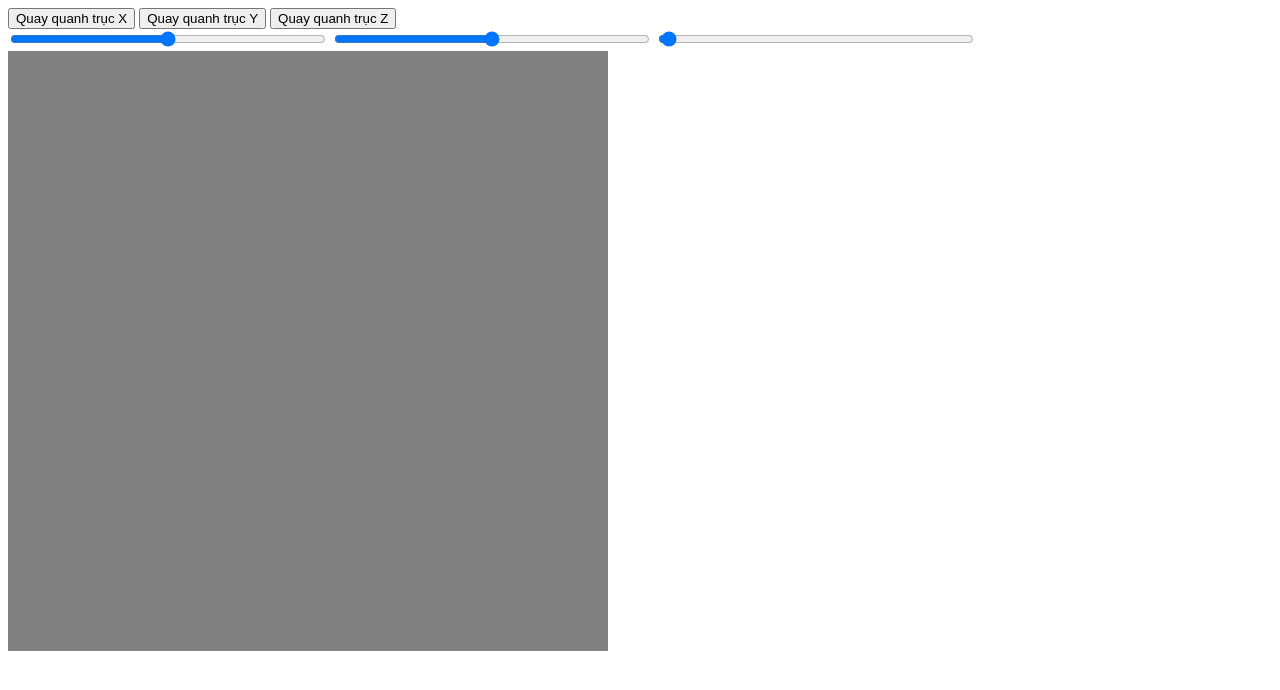
Repository: JoinGame-A36664/Build-House-WebGL
Page: index.html
An editor plug-in stored every save of this project. The page is shown before and after the next save, followed by the edit.
The browser window is 1280 px wide. The pictures show the whole page.

Above is the page before, as saved 2021-10-24 22:50:34.

### index.html
<!DOCTYPE html>
<html>
	<head>
		<meta http-equiv="Content-Type" content="text/html;charset=utf-8" />

		<script id="vertex-shader" type="x-shader/x-vertex">
			#version 300 es

			in vec2 vPosition;

			void main()
			{
			    gl_Position = vec4(vPosition, 0.0, 1.0);
			}
		</script>

		<script id="fragment-shader" type="x-shader/x-fragment">
			#version 300 es
			precision mediump float;

			out vec4 fColor;

			void main()
			{
			    fColor = vec4(1.0, 0.0, 0.0, 1.0);   // Red, Green, Blue
			}
		</script>
	</head>

	<body>
		<button id="angle_x">Quay quanh trục X</button>
		<button id="angle_y">Quay quanh trục Y</button>
		<button id="angle_z">Quay quanh trục Z</button>
		<div>
			<input
				id="angle_x"
				type="range"
				min="0"
				max="2"
				step="0.1"
				value="1.0"
				style="width: 25%"
			/>
			<input
				id="angle_y"
				type="range"
				min="0"
				max="2"
				step="0.1"
				value="1.0"
				style="width: 25%"
			/>
			<input
				id="angle_z"
				type="range"
				min="0"
				max="100"
				step="0.1"
				value="1.0"
				style="width: 25%"
			/>
		</div>

		<canvas id="gl-canvas" width="600" height="600">
			Oops ... your browser doesn't support the HTML5 canvas element
		</canvas>

		<script type="text/javascript" src="Common/initShaders.js"></script>
		<script type="text/javascript" src="Common/MVnew.js"></script>
		<script type="text/javascript" src="Bietthu1.js"></script>
	</body>
</html>

### Common/initShaders.js
                                             //
//  initShaders.js
//

function initShaders( gl, vertexShaderId, fragmentShaderId )
{
    var vertShdr;
    var fragShdr;

    var vertElem = document.getElementById( vertexShaderId );
    if ( !vertElem ) {
        alert( "Unable to load vertex shader " + vertexShaderId );
        return -1;
    }
    else {
        vertShdr = gl.createShader( gl.VERTEX_SHADER );
        gl.shaderSource( vertShdr, vertElem.textContent.replace(/^\s+|\s+$/g, '' ));
        gl.compileShader( vertShdr );
        if ( !gl.getShaderParameter(vertShdr, gl.COMPILE_STATUS) ) {
            var msg = "Vertex shader failed to compile.  The error log is:"
        	+ "<pre>" + gl.getShaderInfoLog( vertShdr ) + "</pre>";
            alert( msg );
            return -1;
        }
    }

    var fragElem = document.getElementById( fragmentShaderId );
    if ( !fragElem ) {
        alert( "Unable to load vertex shader " + fragmentShaderId );
        return -1;
    }
    else {
        fragShdr = gl.createShader( gl.FRAGMENT_SHADER );
        gl.shaderSource( fragShdr, fragElem.textContent.replace(/^\s+|\s+$/g, '' ) );
        gl.compileShader( fragShdr );
        if ( !gl.getShaderParameter(fragShdr, gl.COMPILE_STATUS) ) {
            var msg = "Fragment shader failed to compile.  The error log is:"
        	+ "<pre>" + gl.getShaderInfoLog( fragShdr ) + "</pre>";
            alert( msg );
            return -1;
        }
    }

    var program = gl.createProgram();
    gl.attachShader( program, vertShdr );
    gl.attachShader( program, fragShdr );
    gl.linkProgram( program );

    if ( !gl.getProgramParameter(program, gl.LINK_STATUS) ) {
        var msg = "Shader program failed to link.  The error log is:"
            + "<pre>" + gl.getProgramInfoLog( program ) + "</pre>";
        alert( msg );
        return -1;
    }

    return program;
}

Loaded but not shown: Common/MVnew.js (1178 lines, source omitted); Bietthu1.js (418 lines, source omitted)

After the next save:
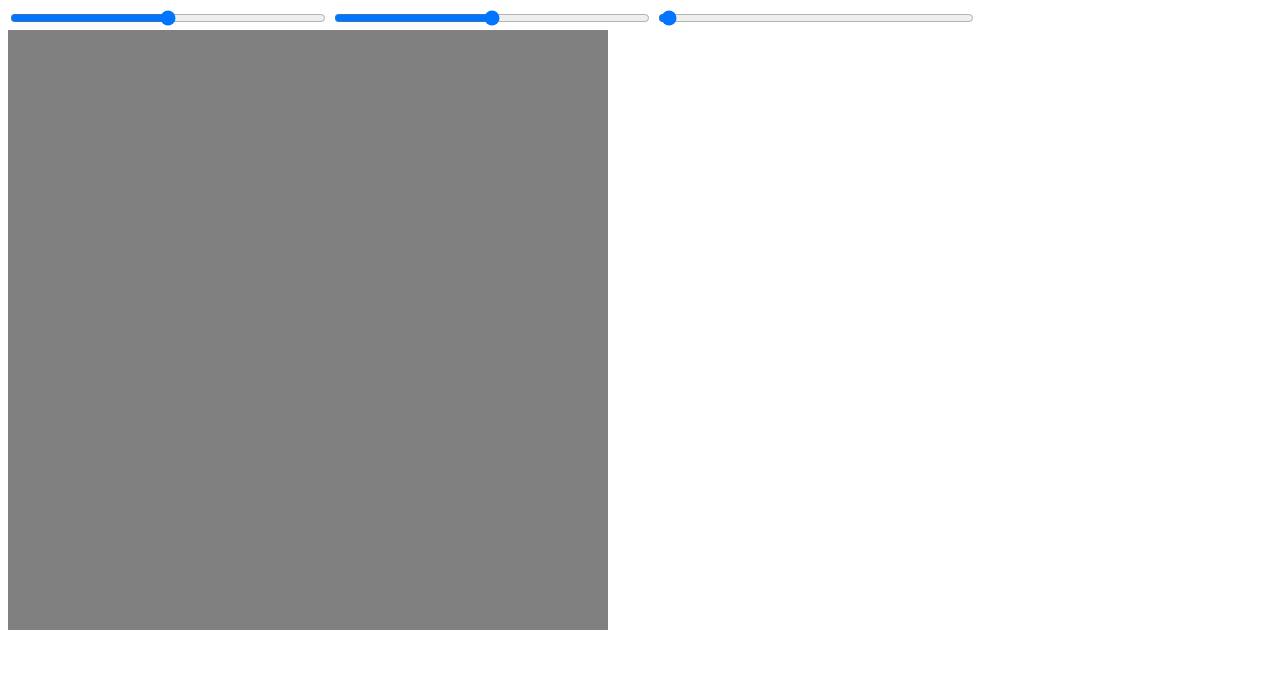
Saved 15 s later.
--- a/index.html
+++ b/index.html
@@ -28,9 +28,6 @@
 	</head>
 
 	<body>
-		<button id="angle_x">Quay quanh trục X</button>
-		<button id="angle_y">Quay quanh trục Y</button>
-		<button id="angle_z">Quay quanh trục Z</button>
 		<div>
 			<input
 				id="angle_x"
